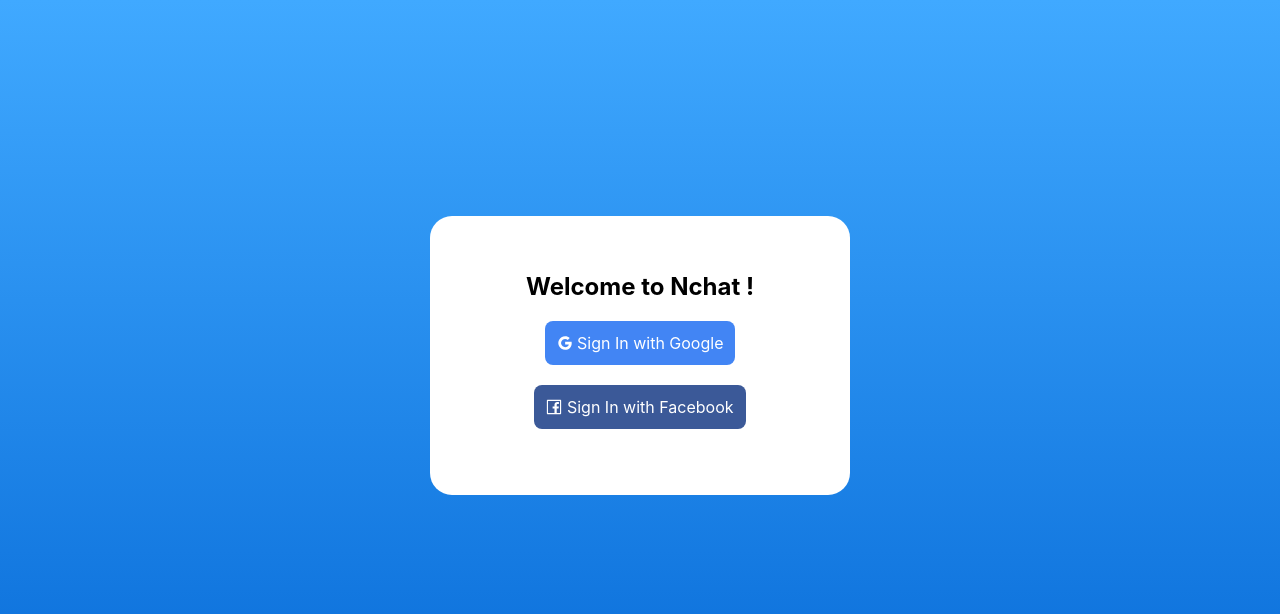
Repository: Rashiduulu/Nchat-unichat
Page: /
The author's editor kept a copy of each file at every save. The page is drawn from the files as they stood at one save, then again after the next save.
The browser window is 1280 px wide. The pictures show the whole page.
The project was rebuilt for these pictures with package versions that can differ from the ones it lists, and the page was loaded fresh each time. Also part of the build but not shown: src/components/Chats.jsx.

Above is the page before, as saved 2022-10-14 00:40:42.

### public/index.html
<!DOCTYPE html>
<html lang="en">
  <head>
    <meta charset="utf-8" />
    <link rel="icon" href="%PUBLIC_URL%/favicon.ico" />
    <meta name="viewport" content="width=device-width, initial-scale=1" />
    <meta name="theme-color" content="#000000" />
    <metazz
      name="description"
      content="Web site created using create-react-app"
    />
    <link rel="apple-touch-icon" href="%PUBLIC_URL%/logo192.png" />
    <!--
      manifest.json provides metadata used when your web app is installed on a
      user's mobile device or desktop. See https://developers.google.com/web/fundamentals/web-app-manifest/
    -->
    <link rel="manifest" href="%PUBLIC_URL%/manifest.json" />


    <!--
      Notice the use of %PUBLIC_URL% in the tags above.
      It will be replaced with the URL of the `public` folder during the build.
      Only files inside the `public` folder can be referenced from the HTML.

      Unlike "/favicon.ico" or "favicon.ico", "%PUBLIC_URL%/favicon.ico" will
      work correctly both with client-side routing and a non-root public URL.
      Learn how to configure a non-root public URL by running `npm run build`.
    -->
    <title>NChat</title>
  </head>
  <body>
    <noscript>You need to enable JavaScript to run this app.</noscript>
    <div id="root"></div>
    <!--
      This HTML file is a template.
      If you open it directly in the browser, you will see an empty page.

      You can add webfonts, meta tags, or analytics to this file.
      The build step will place the bundled scripts into the <body> tag.

      To begin the development, run `npm start` or `yarn start`.
      To create a production bundle, use `npm run build` or `yarn build`.
    -->
  </body>
</html>

### src/index.js
import React from 'react';
import ReactDOM from 'react-dom';
import './index.css';
import App from './components/App';
import 'axios'

ReactDOM.render(
  <React.StrictMode>
    <App />
  </React.StrictMode>,
  document.getElementById('root')
);

### src/index.css
/* Global */

* {
  font-family: Avenir, -apple-system, BlinkMacSystemFont, Segoe UI, Roboto,
    Helvetica Neue, Arial, Noto Sans, sans-serif, Apple Color Emoji,
    Segoe UI Emoji, Segoe UI Symbol, Noto Color Emoji;
}


/* Chats Page */

.chats-page {
  position: absolute;
  top: 0px;
  left: 0px;
  width: 100vw;
  height: 100vh;
}

.nav-bar {
  width: 100%;
  height: 66px;
  background-color: #002766;
}

.logo-tab {
  position: absolute;
  left: 22px;
  top: 12px;
  font-size: 32px;
  font-weight: 700;
  color: white;
}

.logout-tab {
  position: absolute;
  top: 22px;
  right: 22px;
  color: white;
  cursor: pointer;
}

::-webkit-scrollbar {
  width: 0; /* Remove scrollbar space */
  background: transparent; /* Optional: just make scrollbar invisible */
}

/* Login Page */

#login-page {
  background-image: linear-gradient(#40a9ff, #096dd9);
  position: absolute;
  top: 0px;
  bottom: 0px;
  left: 0px;
  right: 0px;
}

#login-card {
  position: relative;
  top: calc(50vh - 144px);
  left: calc(50vw - 210px);
  padding-top: 36px;
  padding-bottom: 66px;
  width: 420px;
  text-align: center;
  background-color: white;
  border-radius: 22px;
}

.login-button {
  cursor: pointer;
  color: white;
  padding: 12px;
  border-radius: 8px;
  display: inline-block;
}

.facebook {
  background-color: #3b5998;
}

.google {
  background-color: #4285f4;
  color: white;
}

#loading-container {
  position: absolute;
  top: 0px;
  bottom: 0px;
  left: 0px;
  right: 0px;
  background-color: rgb(255, 255, 255, 0.22);
}

#loading-icon {
  font-size: 66px;
  position: relative;
  left: calc(50vw - 33px);
  top: calc(50vh - 22px);
}

### src/components/App.js
import React from "react"
import { BrowserRouter as Router, Switch, Route } from "react-router-dom"

import { AuthProvider } from "../contexts/AuthContext"

import Chats from "./Chats"
import Login from "./Login";

function App() {
  return (
    <div style={{ fontFamily: 'Avenir' }}>
      <Router>
        <AuthProvider>
          <Switch>
            <Route path="/chats" component={Chats} />
            <Route path="/" component={Login} />
          </Switch>
        </AuthProvider>
      </Router>
    </div>
  )
}

export default App

### src/contexts/AuthContext.js
import React, { useContext, useState, useEffect } from "react";
import { useHistory } from "react-router-dom";
import { auth } from "../firebase";

const AuthContext = React.createContext();

export const useAuth = () => useContext(AuthContext);
export const AuthProvider = ({ children }) => {
  const [loading, setLoading] = useState(true);
  const [user, setUser] = useState(null);
  const history = useHistory();

  useEffect(() => {
    auth.onAuthStateChanged((user) => {
      setUser(user);
      setLoading(false);

      if (user) history.push("/chats");
    });
  }, [user, history]);

  const value = { user };

  return (
    <AuthContext.Provider value={value}>
      {!loading && children}
    </AuthContext.Provider>
  );
};

### src/components/Login.jsx
import React from "react";
import { GoogleOutlined, FacebookOutlined } from "@ant-design/icons";
import "firebase/app";

import firebase from "firebase/compat/app";
import { auth } from "../firebase";




const Login = () => {
  return (
    <div id="login-page">
      <div id="login-card">
        <h2>Welcome to Nchat !</h2>
        <div
          className="login-button google"
          onClick={() =>
            auth.signInWithRedirect(new firebase.auth.GoogleAuthProvider())
          }
        >
          <GoogleOutlined /> Sign In with Google
        </div>
        <br /> <br />
        <div
          className="login-button facebook"
          onClick={() =>
            auth.signInWithRedirect(new firebase.auth.FacebookAuthProvider())
          }
        >
          <FacebookOutlined /> Sign In with Facebook
        </div>
      </div>
    </div>
  );
};

export default Login;

### src/firebase.js
import firebase from "firebase/compat/app";
import "firebase/compat/auth";
import "firebase/compat/firestore";

export const auth = firebase
  .initializeApp({
    apiKey: "AIzaSyBLySV6VAdw2WkSwbxavwCItwT1LiFpAtU",
    authDomain: "unichat-a9133.firebaseapp.com",
    projectId: "unichat-a9133",
    storageBucket: "unichat-a9133.appspot.com",
    messagingSenderId: "336041858179",
    appId: "1:336041858179:web:70c1684bd0d834d28c37b6",
  })
  .auth();

After the next save:
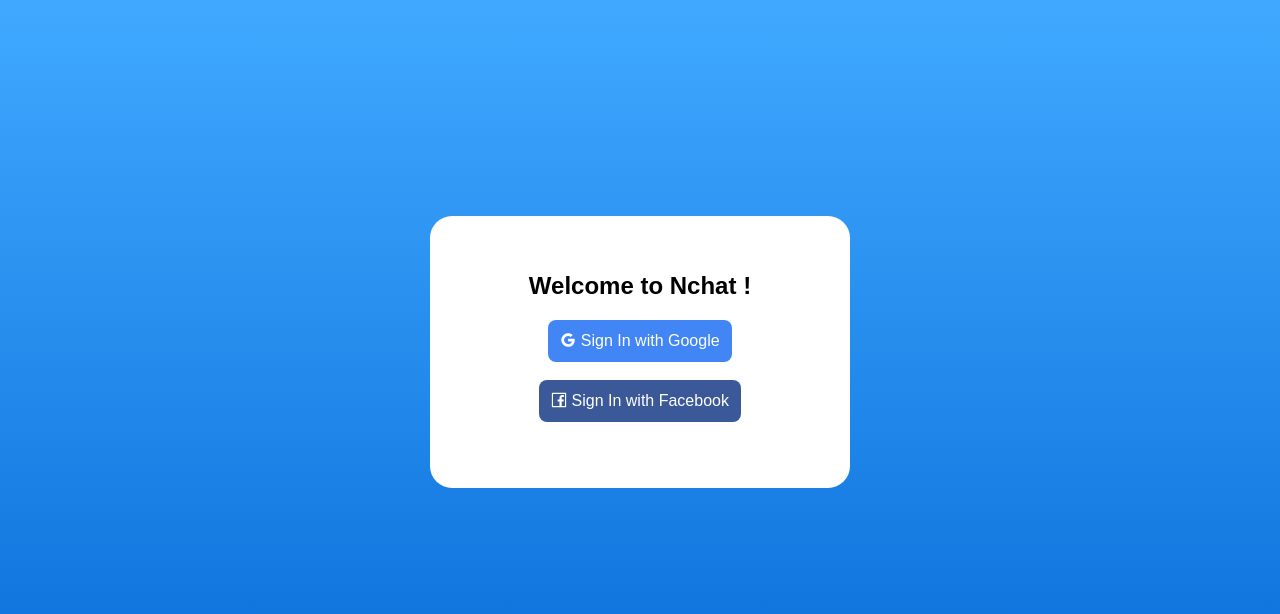
Saved 16 min 23 s later.
--- a/src/index.css
+++ b/src/index.css
@@ -1,9 +1,7 @@
 /* Global */
 
 * {
-  font-family: Avenir, -apple-system, BlinkMacSystemFont, Segoe UI, Roboto,
-    Helvetica Neue, Arial, Noto Sans, sans-serif, Apple Color Emoji,
-    Segoe UI Emoji, Segoe UI Symbol, Noto Color Emoji;
+  font-family: Arial, Helvetica, sans-serif;
 }
 
 

After the save that followed:
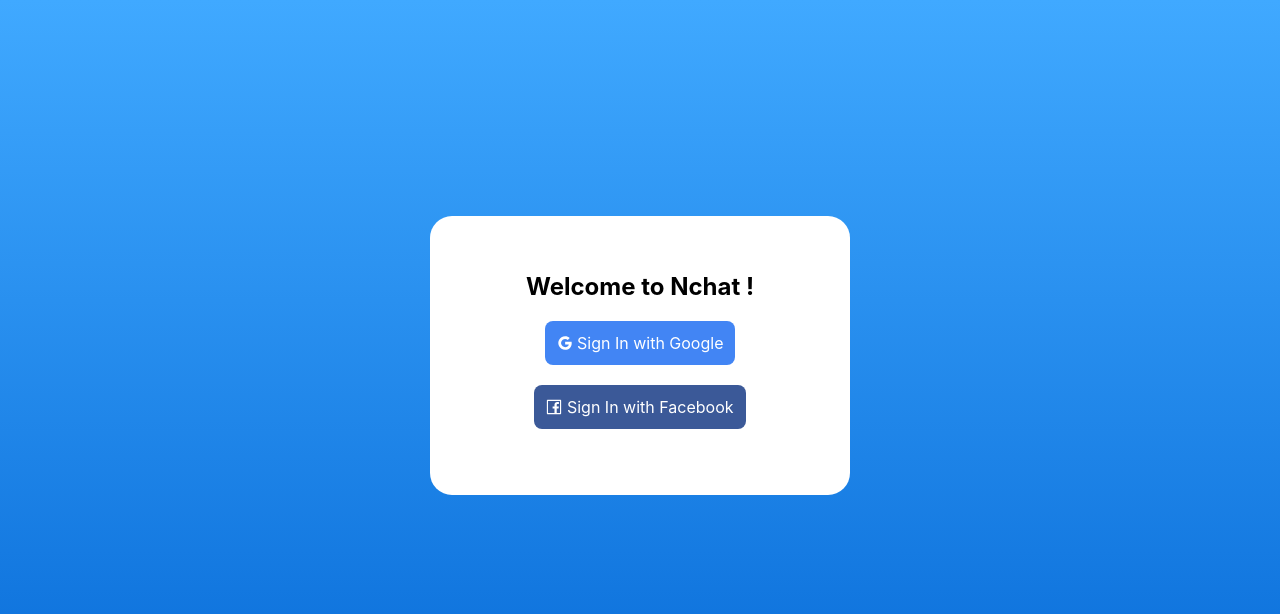
Saved 13 s later.
--- a/src/index.css
+++ b/src/index.css
@@ -1,7 +1,9 @@
 /* Global */
 
 * {
-  font-family: Arial, Helvetica, sans-serif;
+  font-family: Avenir, -apple-system, BlinkMacSystemFont, Segoe UI, Roboto,
+    Helvetica Neue, Arial, Noto Sans, sans-serif, Apple Color Emoji,
+    Segoe UI Emoji, Segoe UI Symbol, Noto Color Emoji;
 }
 
 
